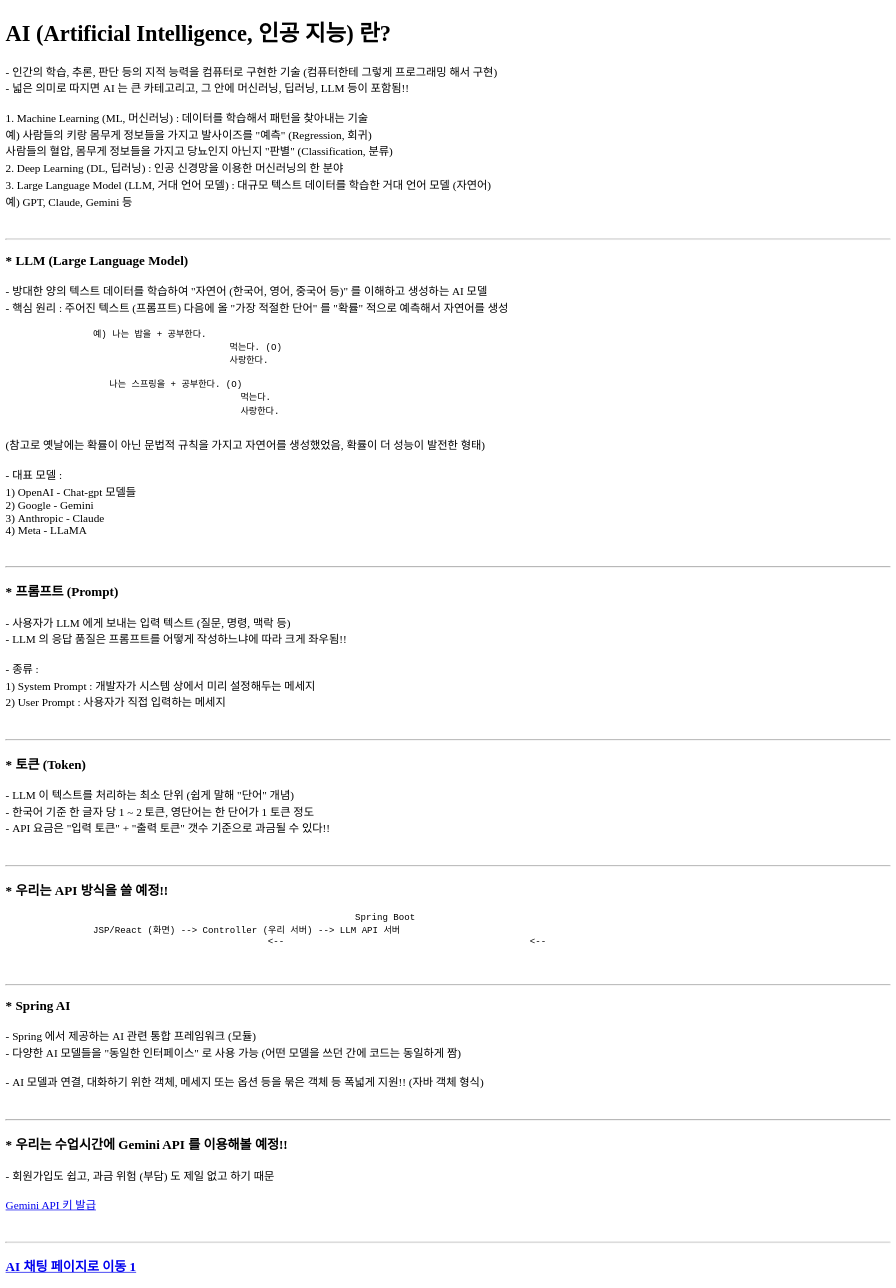
Repository: developerPKJ/10_AI-workspace
Page: http://localhost/AI_API_Project/WEB-INF/views/index.jsp
These files come from the project's save history. The page is drawn as it stood at one moment and after the next save; the edit follows.
The browser window is 1280 px wide. The pictures show the whole page, at 70% of full size.
The page is served by Tomcat 9. Nobody is signed in. The template is opened directly, without the code that normally fills it, so the values that code supplies are empty.

Above is the page before, as saved 2026-08-05 02:30:53.

After the next save:
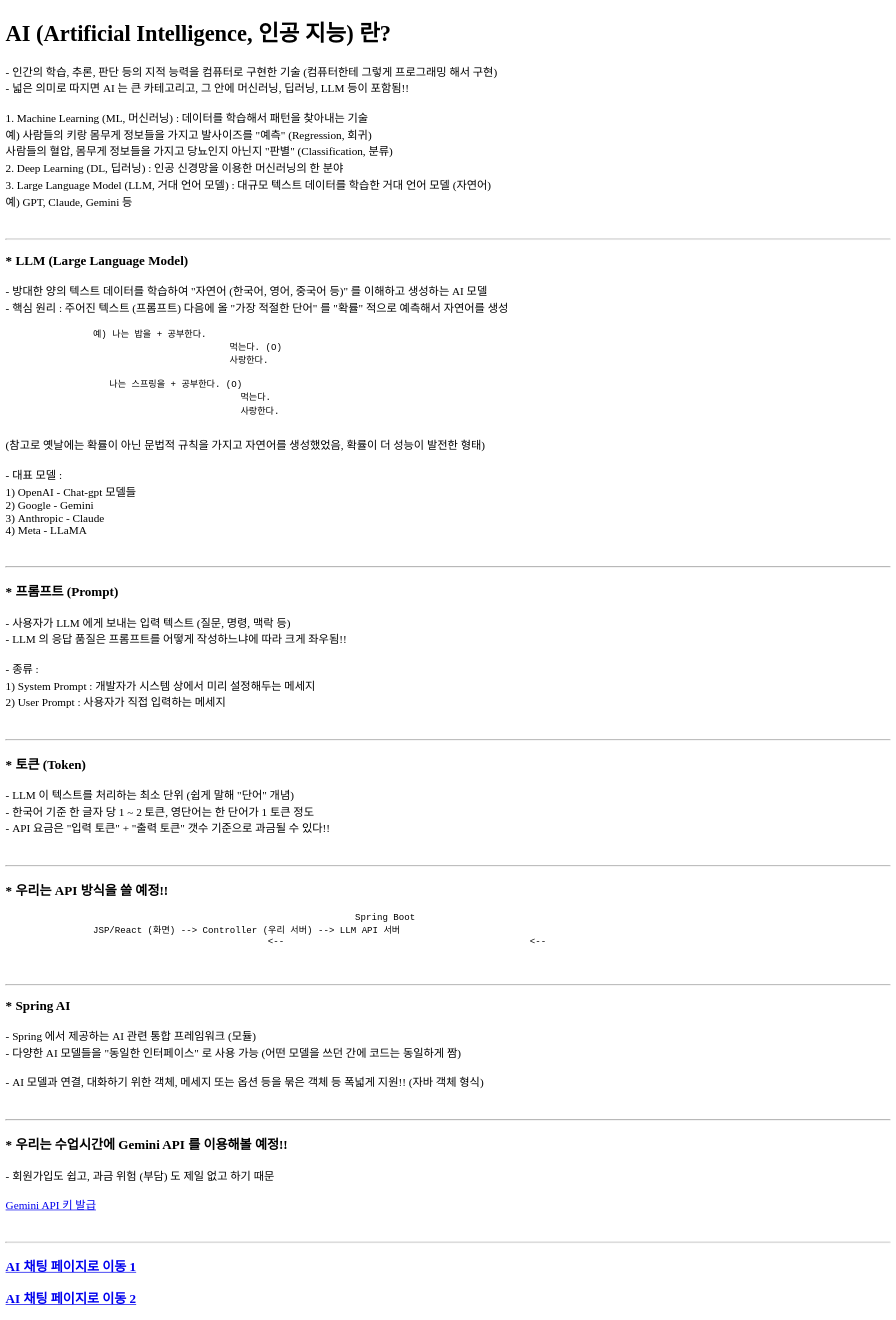
Saved 2 min 28 s later.
--- a/AI_API_Project/src/main/webapp/WEB-INF/views/index.jsp
+++ b/AI_API_Project/src/main/webapp/WEB-INF/views/index.jsp
@@ -124,6 +124,10 @@
 		<a href="/ai/chat1">AI 채팅 페이지로 이동 1</a>
 	</h3>
 
+	<h3>
+		<a href="/ai/chat2">AI 채팅 페이지로 이동 2</a>
+	</h3>
+
 
 </body>
 </html>
